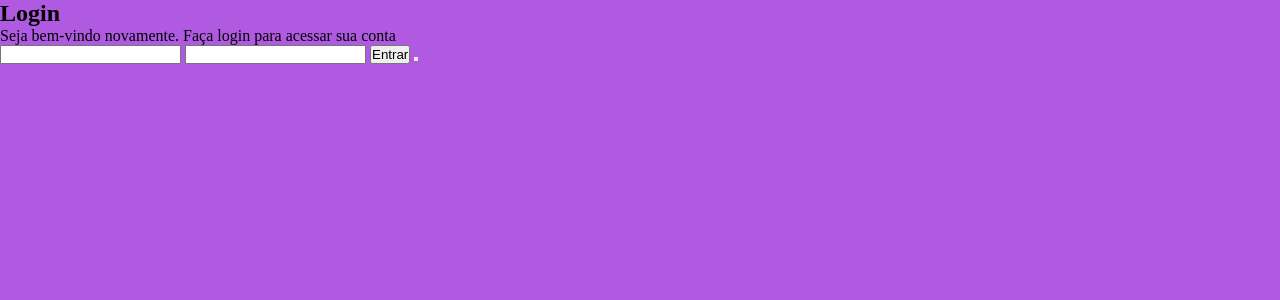
Repository: jorgprado/exec-pro-login
Page: index.html
These files come from the project's save history. The page is drawn as it stood at one moment and after the next save; the edit follows.
The browser window is 1280 px wide. The pictures show the whole page.

Above is the page before, as saved 2023-05-26 17:49:59.

After the next save:
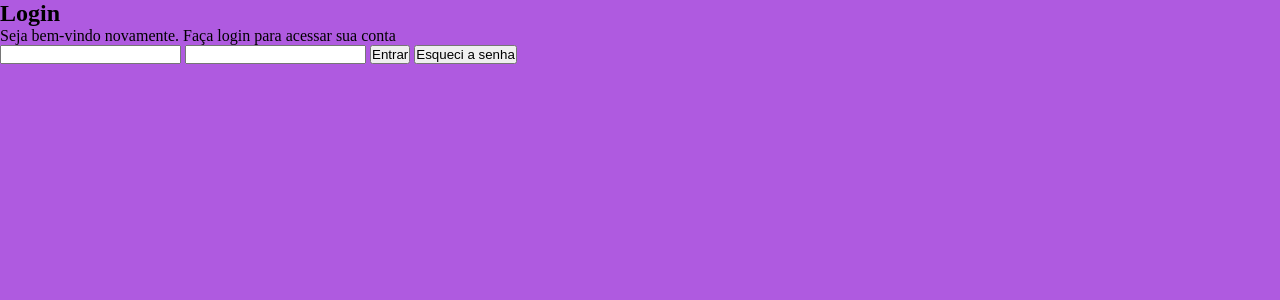
Saved 7 s later.
--- a/index.html
+++ b/index.html
@@ -24,7 +24,7 @@
                     <labe></labe>
                     <input type="password" name="senha" required min="5" max="12">
                     <button type="submit">Entrar</button>
-                    <button></button>
+                    <button>Esqueci a senha</button>
                 </form>
             </div>
 
